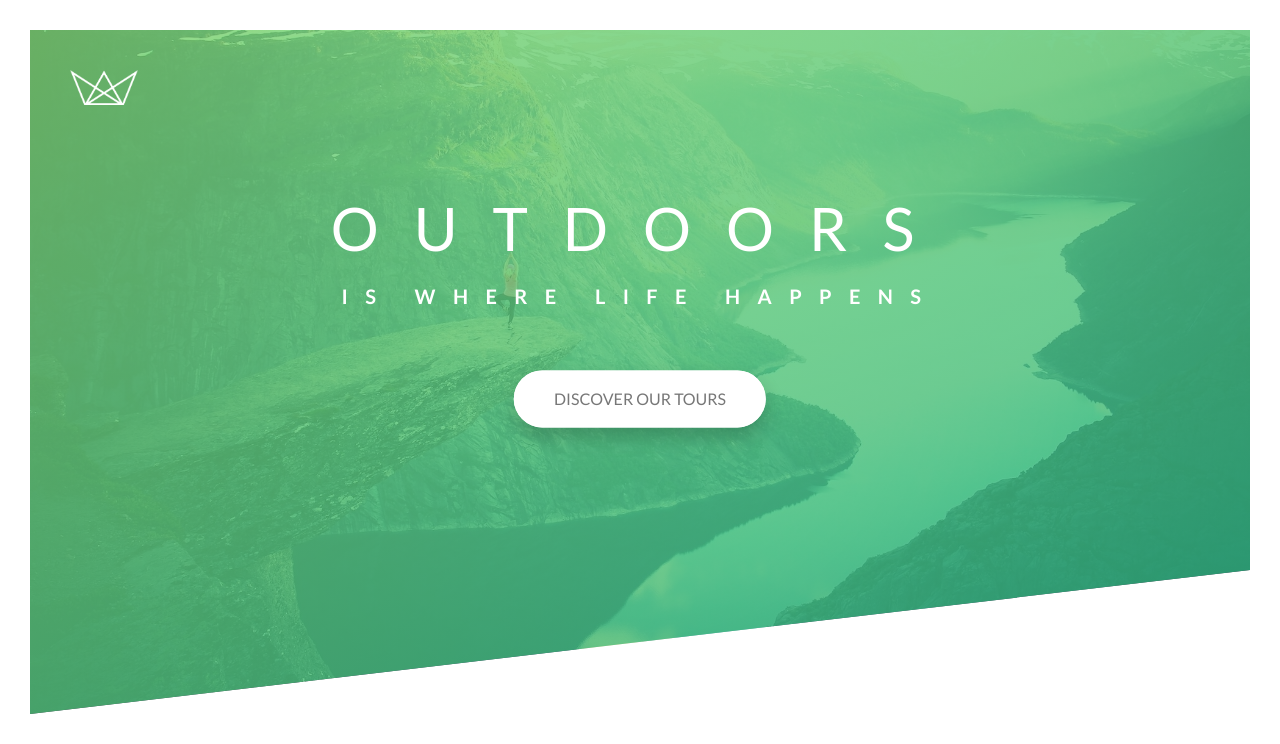
Repository: MalgorzataMazur/Natours
Page: index.html
The author's editor kept a copy of each file at every save. The page is drawn from the files as they stood at one save, then again after the next save.
The browser window is 1280 px wide. The pictures show the whole page.
The pointer rests on the first visible `.btn`.

Above is the page before, as saved 2020-01-13 00:44:15.

### index.html
<!DOCTYPE html>
<html lang="en">
<head>
    <meta charset="UTF-8">
    <meta name="viewport" content="width=device-width, initial-scale=1.0">
    <meta http-equiv="X-UA-Compatible" content="ie=edge">

    <link href="https://fonts.googleapis.com/css?family=Lato:100,300,400,700,900" rel="stylesheet">


    <link rel="stylesheet" href="css/style.css">
    <link rel="shortcut icon" type="image/png" href="img/favicon.png">

    <title>Natours | Exciting tours for adventurous people</title>
</head>
<body>
    <header class="header">  <!-- green field -->
        <div class="logo-box">
            <img src="img/logo-white.png" alt="Logo" class="logo">
        </div>

        <div class="text-box">
            <h1 class="heading-primary">
                <span class="heading-primary-main">Outdoors</span>
                <span class="heading-primary-sub">is where life happens</span>
            </h1>
            <a href="#" class="btn btn-white">Discover our tours</a>
        </div>

    </header>
</body>
</html>

### css/style.css
/*
COLORS:

Light green: #7ed56f
Medium green: #55c57a
Dark green: #28b485

*/

/* universal selector */    /* that is BASIC RESET! */
* {
    margin: 0;
    padding: 0;
    box-sizing: border-box;
}

body {
    font-family: "Lato", sans-serif;          /* FONT HERE IN BODY BECASUE IS USUALLY IHERITATED */
    font-weight: 400;
    font-size: 16px;
    line-height: 1.7;                       /* 1.7 x higher than earlier defined height of line */
    color: #777;
    padding: 30px;                          /* around all website white strap */
}

.header {
    height: 95vh;                          /* a#7ed56f, t the boottom left white strap 5% */
    background-image: linear-gradient(
        to right bottom,                     /* define gradient here linear, from wich side sholuld starts here in line gradienfrom the left top to the right, colours */
        rgba(126, 213, 111, 0.8),
        rgba(40, 180, 131, 0.8)),
        url(../img/hero.jpg);
    background-size: cover;
    background-position: top;
    position: relative;

    clip-path: polygon(0 0, 100% 0, 100% 75vh, 0 100%);  /* do wedge (kiln, wcięcie) just to clip from one side, w do polygon (wilokat) we move every single corner move clockwise x & y)  */

}

.logo-box {
    position: absolute;                    /* in the left corner */
    top: 40px;
    left: 40px;
}

.logo {
    height: 35px;;
}

.text-box {
    position: absolute;
    top: 40%;                          /* top&left they're in relation to the parent element  */
    left: 50%;
    transform: translate(-50%, -50%);         /*translation  is in relation to the elemnet itself; header promary I mean an element to be centered we have to shifted 50% of height and width of element not parent */
    text-align: center;                /* button at the center */
}

.heading-primary {
    color: #ffffff;
    text-transform: uppercase;

    backface-visibility: hidden;
    margin-bottom: 60px;                 /* a little bit like to the top, shaky and it is to fix it  */
}

.heading-primary-main {
    display: block;
    font-size: 60px;
    font-weight: 400;
    letter-spacing: 35px;

    animation-name: moveInLeft;               /*  for animation to woerk there're two only properties to specify aniamtion name and the anim ation duration */
    animation-duration: 1s;
    animation-timing-function: ease-out;       /* define how animation will proceed slow/fast; ease-out the anim will start faster and then will become slower by the end */


    /*animation-delay: 3s;*/              /* set a delay we can in animation */
    /*animation-iteration-count: 3; */          /* how many times animation should happens */

}

.heading-primary-sub {
    display: block;
    font-size: 20px;
    font-weight: 700;
    letter-spacing: 17.4px;
    animation: moveInRight 1s ease-out;

}

@keyframes moveInLeft {            /* ANIMATION we started from @keyframes and name of animation;NOW I can specify whnt I want to happen in each moment of time of the animation  */
    0% {                          /* initial state */
       opacity: 0;                         /* first we wanted to be visible so opacity 0 and in the end opacity 1; opacity is one of properties that we animated here and transform property second */
       transform: translateX(-100px);        /* the element comes in from the left side */
    }                                          /* rotate(180deg) */

    80% {
        transform: translateX(10px);        /* to the right side goes */
    }

    100% {                        /* final state */
        opacity: 1;                         /* first we wanted to be visible so opacity 0 and in the end opacity 1 */
        transform: translate(0);     /* it's gonna look exactly right now */
    }
}


@keyframes moveInRight {
       0% {
        opacity: 0;
        transform: translateX(100px);      /* moves to the right */
    }

    80% {
        transform: translateX(-10px);
    }

    100% {
        opacity: 1;
        transform: translate(0);
    }
}

.btn:link,
.btn:visited {
    text-transform: uppercase;
    text-decoration: none;
    padding: 15px 40px;
    display: inline-block;              /* if specufypadding, width, height of elemet thay sholud be display as a inline-block */
    border-radius: 100px;
    transition: all .2s;
    position: relative;
}

.btn:hover {
    transform: translateY(-3px);                       /* element moves up */
    box-shadow: 0 10px 20px rgba(0, 0, 0,.2);                       /* move x, y, blur, color */
}

.btn:active {
    transform: translateY(-1px);
    box-shadow: 0 5px 10px rgba(0, 0, 0,.2)
}
.btn-white {
    background-color: #fff;
    color: #777;
}
.btn::after {                           /* pseudoelement is like a child of btn */
    content: "";
    display: inline-block;
    height: 100%;
    width: 100%;
    border-radius: 100px;
    position: absolute;               /* behind actual btn we  use position abs */
    top: 0;
    left: 0;
    z-index: -1;

}

.btn-white::after {
    background-color: #fff;
}

After the next save:
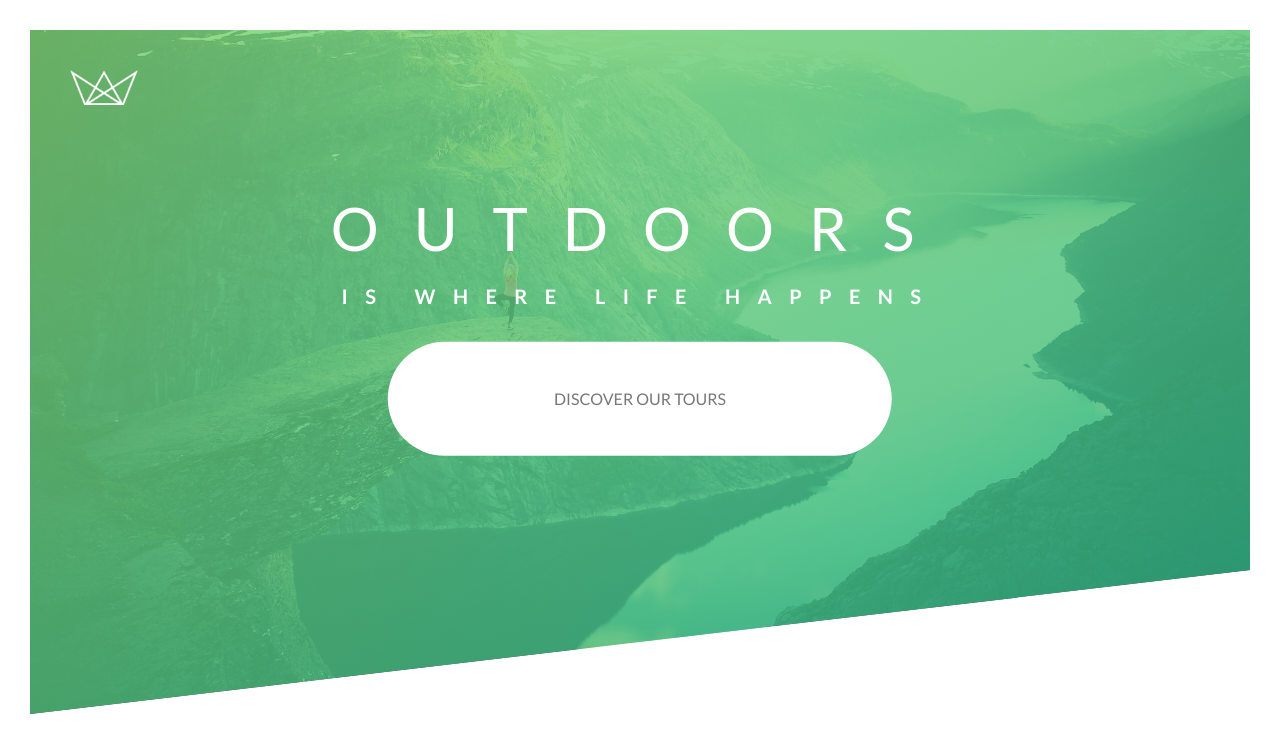
Saved 2 min 20 s later.
--- a/css/style.css
+++ b/css/style.css
@@ -162,3 +162,7 @@ body {
 .btn-white::after {
     background-color: #fff;
 }
+
+.btn:hover::after {
+    transform: scale(2);
+}
